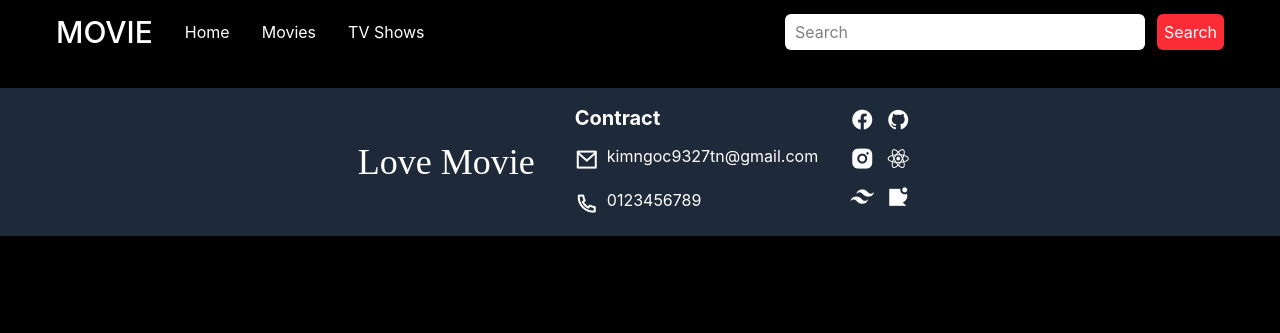
Repository: kimngoc9327/Love_Movie_Project
Page: /search
An editor plug-in stored every save of this project. The page is shown before and after the next save, followed by the edit.
The browser window is 1280 px wide. The pictures show the whole page.
The page's requests for data from a server got no answer. The project was rebuilt for these pictures with package versions that can differ from the ones it lists, and the page was loaded fresh each time. No one was signed in, and anything a server would have sent is missing. Also part of the build but not shown: vite.config.js, src/components/ui/MovieCard.jsx, src/components/ui/MovieList.jsx, src/components/ui/Banner.jsx, src/pages/Home.jsx, src/pages/MovieCategory.jsx, src/pages/MovieDetails.jsx.

Above is the page before, as saved 2025-03-23 18:02:07.

### index.html
<!DOCTYPE html>
<html lang="en">
  <head>
    <meta charset="UTF-8" />
    <link rel="icon" type="image/svg+xml" href="/love-movie-logo.ico" />
    <meta name="viewport" content="width=device-width, initial-scale=1.0" />
    <title>Love Movie</title>
  </head>
  <body>
    <div id="root"></div>
    <script type="module" src="/src/main.jsx"></script>
  </body>
</html>

### src/main.jsx
import { createRoot } from "react-dom/client";
import "./index.css";
import App from "./App.jsx";
import { store } from "./redux/store";
import { Provider } from "react-redux";
import { BrowserRouter } from "react-router-dom";

createRoot(document.getElementById("root")).render(
  <BrowserRouter>
    <Provider store={store}>
      <App />
    </Provider>
  </BrowserRouter>
);

### src/index.css
@import "tailwindcss";
@import "remixicon/fonts/remixicon.css";
@import "react-multi-carousel/lib/styles.css";

:root {
  font-family: Inter, system-ui, Avenir, Helvetica, Arial, sans-serif;
  background-color: black;
}

/* a {
  font-weight: 500;
  color: #646cff;
  text-decoration: inherit;
}
a:hover {
  color: #535bf2;
}

body {
  margin: 0;
  display: flex;
  place-items: center;
  min-width: 320px;
  min-height: 100vh;
}

h1 {
  font-size: 3.2em;
  line-height: 1.1;
}

button {
  border-radius: 8px;
  border: 1px solid transparent;
  padding: 0.6em 1.2em;
  font-size: 1em;
  font-weight: 500;
  font-family: inherit;
  background-color: #1a1a1a;
  cursor: pointer;
  transition: border-color 0.25s;
}
button:hover {
  border-color: #646cff;
}
button:focus,
button:focus-visible {
  outline: 4px auto -webkit-focus-ring-color;
}

@media (prefers-color-scheme: light) {
  :root {
    color: #213547;
    background-color: #ffffff;
  }
  a:hover {
    color: #747bff;
  }
  button {
    background-color: #f9f9f9;
  }
} */

### src/App.jsx
import "react-multi-carousel/lib/styles.css";
import { Route, Routes } from "react-router-dom";
import publicRoutes from "./routes";
import DefaultLayout from "./components/layout/DefaultLayout";
import { Fragment } from "react";
function App() {
  return (
    <>
      <Routes>
        {publicRoutes.map((route, index) => {
          const Page = route.component;
          let Layout = DefaultLayout;
          if (route.layout) {
            Layout = route.layout;
          } else if (route.layout === null) {
            Layout = Fragment;
          }
          return (
            <Route
              key={index}
              path={route.path}
              element={
                <Layout>
                  <Page />
                </Layout>
              }
            />
          );
        })}
      </Routes>
    </>
  );
}

export default App;

### src/redux/store.jsx
import { createStore, applyMiddleware } from "redux";
import { rootReducer } from "./reducer";
import { thunk } from "redux-thunk";

const store = createStore(rootReducer, applyMiddleware(thunk));

export { store };

### src/routes/index.jsx
import DefaultLayout from "../components/layout/DefaultLayout";
import Home from "../pages/Home";
import MovieCategory from "../pages/MovieCategory";
import MovieDetails from "../pages/MovieDetails";
import SearchMovie from "../pages/SearchMovie";

const publicRoutes = [
  { path: "/", component: Home, layout: DefaultLayout },
  { path: "/search", component: SearchMovie, layout: DefaultLayout },
  { path: "/movieCategory", component: MovieCategory, layout: DefaultLayout },
  { path: "/movieDetails", component: MovieDetails, layout: DefaultLayout },
];

export default publicRoutes;

### src/components/layout/DefaultLayout.jsx
import Header from "./Header";
import Footer from "./Footer";
import PropTypes from "prop-types";

function DefaultLayout({ children }) {
  return (
    <div>
      <Header />
      <div>{children}</div>
      <Footer />
    </div>
  );
}

DefaultLayout.propTypes = {
  children: PropTypes.any,
};

export default DefaultLayout;

### src/redux/reducer.jsx
import { combineReducers } from "redux";
import { GET_MOVIE, GET_MOVIE_DISCOVER, GET_MOVIES } from "./types";

const initialState = {
  movies: {},
  currentMovie: null,
};

const movieReducer = (state = initialState, action) => {
  switch (action.type) {
    case GET_MOVIES:
      return {
        ...state,
        movies: { ...state.movies, [action.category]: action.payload },
      };
    case GET_MOVIE_DISCOVER:
      return { ...state, movies: action.payload };
    case GET_MOVIE:
      return { ...state, currentMovie: action.payload };
    default:
      return state;
  }
};

export const rootReducer = combineReducers({
  movieReducer,
});

### src/pages/SearchMovie.jsx
import { useDispatch, useSelector } from "react-redux";
import MovieCard from "../components/ui/MovieCard";
import { IMAGE_PATH } from "../constants/constants";
import { useEffect } from "react";
import { getMovieDiscover } from "../redux/actions";
import { useLocation } from "react-router-dom";

function SearchMovie() {
  const dispatch = useDispatch();
  const movies = useSelector((state) => state.movieReducer.movies);

  const location = useLocation();
  const queryParams = new URLSearchParams(location.search);
  const genreId = queryParams.get("genre"); // Lấy genreId từ URL

  useEffect(() => {
    if (genreId) {
      dispatch(getMovieDiscover(genreId)); // Gọi API khi có genreId
    }
  }, [dispatch, genreId]);

  return (
    <div>
      <div className="grid grid-cols-4 gap-4 mt-4">
        {movies?.results
          ?.filter((movie) => movie.title && movie.poster_path)
          .map((movie) => (
            <div key={movie.id}>
              <MovieCard
                title={movie.title}
                poster={IMAGE_PATH + movie.poster_path}
              />
            </div>
          ))}
        : (<p className="text-gray-400">No movies found</p>)
      </div>
    </div>
  );
}

export default SearchMovie;

### src/components/layout/Header.jsx
import { Link } from "react-router-dom";
import MovieDropdown from "../ui/MovieDropdown";
import SearchInput from "../ui/SearchInput";

const Header = () => {
  return (
    <div className="flex fixed z-50 w-screen top-0 items-center text-white p-[24px] h-[64px] bg-black">
      <div className="flex space-x-8 items-center ml-8">
        <Link to="/">
          <p className="hover:text-red-500 font-medium text-3xl">MOVIE</p>
        </Link>
        <Link to="/">
          <p className="hover:text-red-500 text-base">Home</p>
        </Link>
        <MovieDropdown />
        <p className="hover:text-red-500  text-base">TV Shows</p>
      </div>
      <SearchInput />
    </div>
  );
};

export default Header;

### src/components/layout/Footer.jsx
function Footer() {
  return (
    <div className="flex space-x-10 mt-12 p-4 items-center justify-center text-white bg-gray-800">
      <p className="font-[fantasy] text-4xl ">Love Movie</p>
      <div className="flex space-x-8">
        <div className="space-y-3">
          <p className="text-xl font-bold">Contract</p>
          <div className="flex space-x-2">
            <i className="ri-mail-line text-2xl"></i>{" "}
            <p>kimngoc9327tn@gmail.com</p>
          </div>
          <div className="flex space-x-2">
            <i className="ri-phone-line text-2xl"></i> <p>0123456789</p>
          </div>
        </div>
        <div className="grid grid-cols-2 space-x-3">
          <i className="ri-facebook-circle-fill  text-2xl"></i>
          <i className="ri-github-fill  text-2xl"></i>
          <i className="ri-instagram-fill  text-2xl"></i>
          <i className="ri-reactjs-fill text-2xl"></i>
          <i className="ri-tailwind-css-fill text-2xl"></i>
          <i className="ri-remixicon-fill text-2xl"></i>
        </div>
      </div>
    </div>
  );
}

export default Footer;

### src/redux/types.jsx
export const GET_MOVIES = "GET_MOVIES";
export const GET_MOVIE = "GET_MOVIE";
export const SET_PARAMS = "SET_PARAMS";
export const GET_MOVIE_DISCOVER = "GET_MOVIE_DISCOVER";

### src/redux/actions.jsx
import axios from "axios";
import { GET_MOVIES, GET_MOVIE, GET_MOVIE_DISCOVER } from "./types";
import { AUTH_TOKEN, BASE_URL, API_KEY } from "../constants/constants";

const getMovies =
  (category, params = {}) =>
  async (dispatch) => {
    try {
      const response = await axios.get(`${BASE_URL}/movie/${category}`, {
        headers: {
          Authorization: `Bearer ${AUTH_TOKEN}`,
        },
        params: {
          ...params,
        },
      });

      dispatch({ type: GET_MOVIES, payload: response.data, category });
    } catch (error) {
      console.error(error);
    }
  };

const getMovieDiscover = (genreId) => async (dispatch) => {
  try {
    const response = await axios.get(`${BASE_URL}/discover/movie`, {
      headers: {
        Authorization: `Bearer ${import.meta.env.VITE_API_TOKEN}`,
      },
      params: {
        with_genres: genreId,
      },
    });

    dispatch({ type: GET_MOVIE_DISCOVER, payload: response.data });
  } catch (error) {
    console.log(error);
  }
};

const getMovie = (id) => async (dispatch) => {
  try {
    const response = await axios.get(
      `${BASE_URL}/movie/${id}?append_to_response=videos,translations&api_key=${API_KEY}`,
      {
        headers: {
          Authorization: `Bearer ${AUTH_TOKEN}`,
        },
        params: {
          append_to_response: "videos,translations",
          language: "en-US",
        },
      }
    );

    dispatch({ type: GET_MOVIE, payload: response.data });
  } catch (error) {
    console.log(error);
  }
};

export { getMovies, getMovie, getMovieDiscover };

### src/constants/constants.jsx
export const API_KEY = import.meta.env.VITE_API_KEY;
export const AUTH_TOKEN = import.meta.env.VITE_API_TOKEN;
export const IMAGE_PATH = `https://image.tmdb.org/t/p/w500`;
export const BASE_URL = `https://api.themoviedb.org/3`;

### src/components/ui/MovieDropdown.jsx
import { Menu, MenuButton, MenuItem, MenuItems } from "@headlessui/react";
import { useState } from "react";
import { useDispatch } from "react-redux";
import { getMovieDiscover } from "../../redux/actions";
import { useNavigate } from "react-router-dom";

function MovieDropdown() {
  const [isOpen, setIsOpen] = useState(false);
  const dispatch = useDispatch();
  const navigate = useNavigate();

  const genre = [
    { id: 28, name: "Action" },
    { id: 12, name: "Adventure" },
    { id: 16, name: "Animation" },
    { id: 35, name: "Comedy" },
    { id: 80, name: "Crime" },
    { id: 99, name: "Documentary" },
    { id: 18, name: "Drama" },
    { id: 10751, name: "Family" },
    { id: 14, name: "Fantasy" },
    { id: 36, name: "History" },
    { id: 27, name: "Horror" },
    { id: 10402, name: "Music" },
    { id: 9648, name: "Mystery" },
    { id: 10749, name: "Romance" },
    { id: 878, name: "Science Fiction" },
    { id: 10770, name: "TV Movie" },
    { id: 53, name: "Thriller" },
    { id: 10752, name: "War" },
    { id: 37, name: "Western" },
  ];

  const handleGenreSelect = (genreId) => {
    dispatch(getMovieDiscover(genreId));
    navigate(`/search?genre=${genreId}`);
    setIsOpen(false);
  };

  return (
    <div className="relative" onMouseUp={() => setIsOpen(true)}>
      <Menu>
        <MenuButton className="hover:text-red-500 text-base">Movies</MenuButton>
        {isOpen && (
          <MenuItems className="grid grid-cols-3 gap-4 absolute left-0 mt-2 w-150 p-2 origin-top-right rounded-md bg-black ring-1 z-40 focus:outline-none">
            {genre.map((genre) => (
              <MenuItem
                id={genre.id}
                key={genre.id}
                as="div"
                className="px-4 py-2 text-white hover:bg-gray-700 cursor-pointer"
                onClick={() => handleGenreSelect(genre.id)}
              >
                {genre.name}
              </MenuItem>
            ))}
          </MenuItems>
        )}
      </Menu>
    </div>
  );
}

export default MovieDropdown;

### src/components/ui/SearchInput.jsx
function SearchInput() {
  return (
    <div className="ml-auto mr-8  flex items-center space-x-3">
      <input
        className="h-[36px] w-90 text-black pl-[10px] bg-white rounded-md "
        placeholder="Search"
      />
      <button className="bg-red-500 px-[7px] h-[36px] text-center rounded-md">
        Search
      </button>
    </div>
  );
}

export default SearchInput;

### src/components/ui/PaginationButton.jsx
import PropTypes from "prop-types";

const PaginationButton = ({ currentPage, totalPages, onPageChange }) => {
  const getPageNumbers = () => {
    const pages = [];
    const maxPages = Math.min(totalPages, 500); // Giới hạn totalPages tối đa là 500

    if (maxPages <= 6) {
      for (let i = 1; i <= maxPages; i++) pages.push(i);
    } else {
      if (currentPage > 1) pages.push(1, "...");

      // Đảm bảo không thêm trang vượt quá maxPages
      if (currentPage < maxPages - 1) {
        pages.push(currentPage);
        if (currentPage + 1 <= maxPages) pages.push(currentPage + 1);
        if (currentPage + 2 <= maxPages) pages.push(currentPage + 2);
      }

      if (currentPage < maxPages - 2) pages.push("...");

      // Luôn hiển thị trang cuối cùng
      pages.push(maxPages - 1, maxPages);
    }

    return pages;
  };

  return (
    <div className="flex items-center space-x-2 border rounded-md px-4 py-2">
      {/* Nút Previous */}
      <button
        className={`px-3 py-2 bg-white text-gray-500 ${
          currentPage === 1
            ? "opacity-50 cursor-not-allowed"
            : "hover:bg-gray-200"
        }`}
        disabled={currentPage === 1}
        onClick={() => onPageChange(currentPage - 1)}
      >
        ❮
      </button>

      {/* Các số trang */}
      {getPageNumbers().map((page, index) =>
        page === "..." ? (
          <span key={index} className="px-3 py-2 text-gray-500">
            ...
          </span>
        ) : (
          <button
            key={index}
            className={`px-3 py-2 bg-white rounded-md ${
              currentPage === page
                ? "!bg-indigo-600 text-white"
                : "hover:bg-gray-200"
            }`}
            onClick={() => onPageChange(page)}
          >
            {page}
          </button>
        )
      )}

      {/* Nút Next */}
      <button
        className={`px-3 py-2 text-gray-500 ${
          currentPage === totalPages
            ? "opacity-50 cursor-not-allowed"
            : "hover:bg-gray-200"
        }`}
        disabled={currentPage === totalPages}
        onClick={() => onPageChange(currentPage + 1)}
      >
        ❯
      </button>
    </div>
  );
};

PaginationButton.propTypes = {
  currentPage: PropTypes.number,
  onPageChange: PropTypes.number,
  totalPages: PropTypes.number,
};

export default PaginationButton;

After the next save:
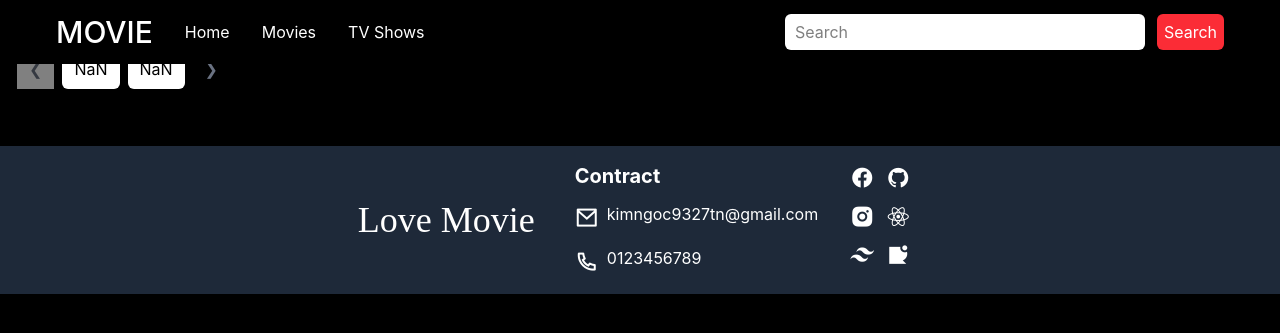
Saved 2 min 48 s later.
--- a/src/pages/SearchMovie.jsx
+++ b/src/pages/SearchMovie.jsx
@@ -1,9 +1,10 @@
 import { useDispatch, useSelector } from "react-redux";
 import MovieCard from "../components/ui/MovieCard";
 import { IMAGE_PATH } from "../constants/constants";
-import { useEffect } from "react";
+import { useEffect, useState } from "react";
 import { getMovieDiscover } from "../redux/actions";
 import { useLocation } from "react-router-dom";
+import PaginationButton from "../components/ui/PaginationButton";
 
 function SearchMovie() {
   const dispatch = useDispatch();
@@ -12,12 +13,15 @@ function SearchMovie() {
   const location = useLocation();
   const queryParams = new URLSearchParams(location.search);
   const genreId = queryParams.get("genre"); // Lấy genreId từ URL
+  const [page, setPage] = useState(1);
 
   useEffect(() => {
     if (genreId) {
       dispatch(getMovieDiscover(genreId)); // Gọi API khi có genreId
     }
   }, [dispatch, genreId]);
+
+  const totalPages = movies?.total_pages;
 
   return (
     <div>
@@ -34,6 +38,12 @@ function SearchMovie() {
           ))}
         : (<p className="text-gray-400">No movies found</p>)
       </div>
+
+      <PaginationButton
+        currentPage={page}
+        onPageChange={setPage}
+        totalPages={totalPages}
+      />
     </div>
   );
 }
